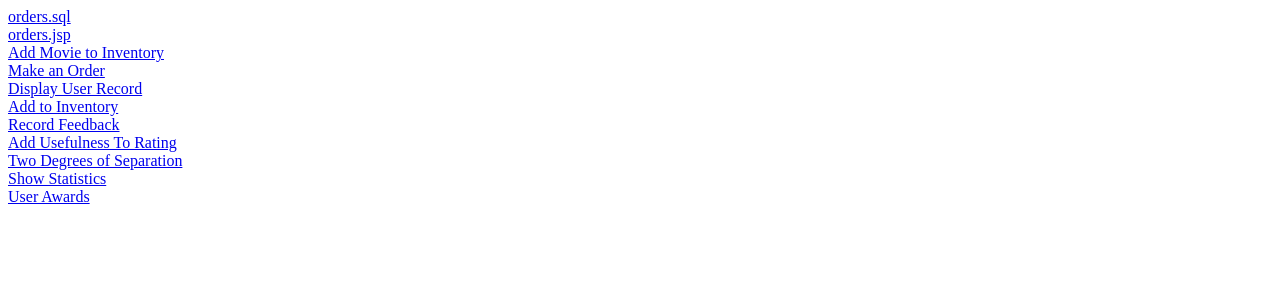
Repository: HyveMynd/cs5530
Page: http://localhost/public_html/options.jsp
The author's editor kept a copy of each file at every save. The page is drawn from the files as they stood at one save, then again after the next save.
The browser window is 1280 px wide. The pictures show the whole page.
The page is served by Tomcat 9. Other server files are loaded and not shown.

Above is the page before, as saved 2013-04-15 02:07:14.

### VideoWebStore/public_html/options.jsp
<!DOCTYPE HTML PUBLIC "-//W3C//DTD HTML 4.01 Transitional//EN">
<html>
<head>
<title>JSP Example</title>
<meta http-equiv="Content-Type" content="text/html; charset=iso-8859-1">
</head>

<body>
<a href="orders.sql">orders.sql</a><br>
<a href="orders.jsp">orders.jsp</a><br>
<a href="addnewmovie.jsp">Add Movie to Inventory</a><br>
<a href="ordering.jsp">Make an Order</a><br>
<a href="userrecord.jsp">Display User Record</a><br>
<a href="addtoinv.jsp">Add to Inventory</a><br>
<a href="recordfeedback.jsp">Record Feedback</a><br>
<a href="usefulnessrating.jsp">Add Usefulness To Rating</a><br>
<a href="degrees.jsp">Two Degrees of Separation</a><br>
<a href="statistics.jsp">Show Statistics</a><br>
<a href="userawards.jsp">User Awards</a><br>

</body>
</html>

After the next save:
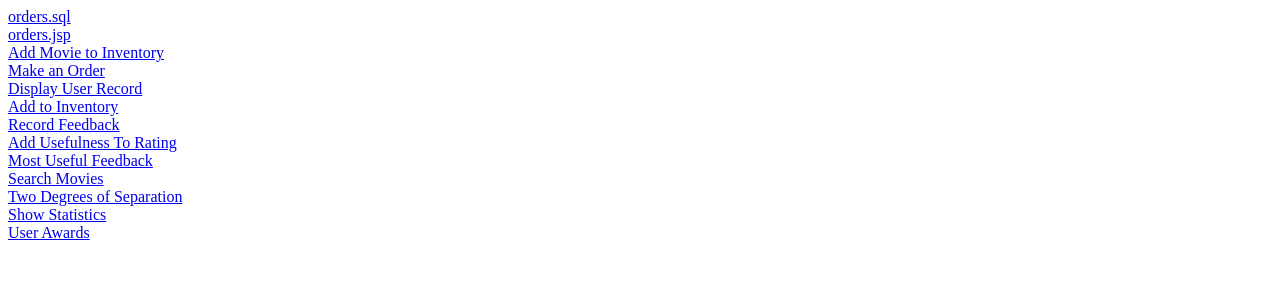
Saved 3 min 38 s later.
--- a/VideoWebStore/public_html/options.jsp
+++ b/VideoWebStore/public_html/options.jsp
@@ -14,6 +14,8 @@
 <a href="addtoinv.jsp">Add to Inventory</a><br>
 <a href="recordfeedback.jsp">Record Feedback</a><br>
 <a href="usefulnessrating.jsp">Add Usefulness To Rating</a><br>
+<a href="mostuseful.jsp">Most Useful Feedback</a><br>
+<a href="searchmovies.jsp">Search Movies</a><br>
 <a href="degrees.jsp">Two Degrees of Separation</a><br>
 <a href="statistics.jsp">Show Statistics</a><br>
 <a href="userawards.jsp">User Awards</a><br>
